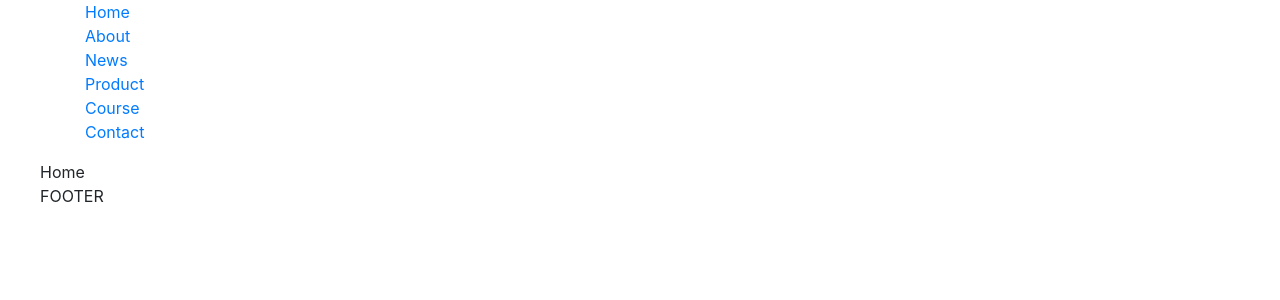
Repository: LmHoangg/php_master_unt
Page: http://localhost/?page=home
An editor plug-in stored every save of this project. The page is shown before and after the next save, followed by the edit.
The browser window is 1280 px wide. The pictures show the whole page.
The page is run by PHP 8.4 with error messages shown; the project is at /var/www/html/.

Above is the page before, as saved 2021-11-17 13:20:19.

After the next save:
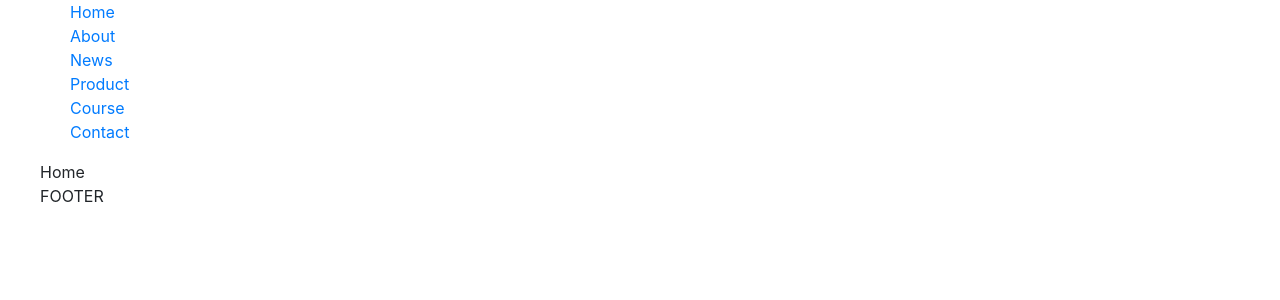
Saved 16 s later.
--- a/inc/header.php
+++ b/inc/header.php
@@ -13,14 +13,17 @@
     <div id="wrapper">
         <div id="header">
             <div class="container">
-                <ul id="main-menu">
-                    <li><a href="?page=home">Home</a></li>
-                    <li><a href="?page=about">About</a></li>
-                    <li><a href="?page=news">News</a></li>
-                    <li><a href="?page=product">Product</a></li>
-                    <li><a href="?page=course">Course</a></li>
-                    <li><a href="?page=contact">Contact</a></li>
-                </ul>
+                <div class="row">
+                    <ul id="main-menu">
+                        <li><a href="?page=home">Home</a></li>
+                        <li><a href="?page=about">About</a></li>
+                        <li><a href="?page=news">News</a></li>
+                        <li><a href="?page=product">Product</a></li>
+                        <li><a href="?page=course">Course</a></li>
+                        <li><a href="?page=contact">Contact</a></li>
+                    </ul>
+                </div>
+
             </div>
 
         </div>

After the save that followed:
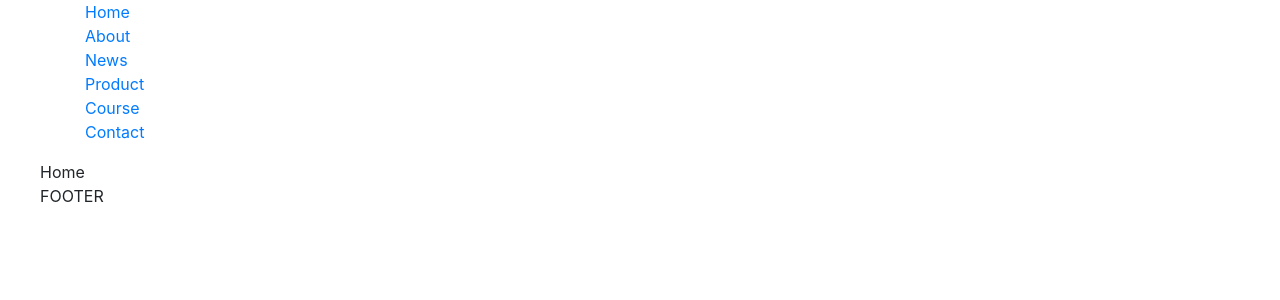
Saved 28 s later.
--- a/inc/header.php
+++ b/inc/header.php
@@ -14,14 +14,17 @@
         <div id="header">
             <div class="container">
                 <div class="row">
-                    <ul id="main-menu">
-                        <li><a href="?page=home">Home</a></li>
-                        <li><a href="?page=about">About</a></li>
-                        <li><a href="?page=news">News</a></li>
-                        <li><a href="?page=product">Product</a></li>
-                        <li><a href="?page=course">Course</a></li>
-                        <li><a href="?page=contact">Contact</a></li>
-                    </ul>
+                    <div class="col-md-12">
+                        <ul id="main-menu">
+                            <li><a href="?page=home">Home</a></li>
+                            <li><a href="?page=about">About</a></li>
+                            <li><a href="?page=news">News</a></li>
+                            <li><a href="?page=product">Product</a></li>
+                            <li><a href="?page=course">Course</a></li>
+                            <li><a href="?page=contact">Contact</a></li>
+                        </ul>
+                    </div>
+
                 </div>
 
             </div>
